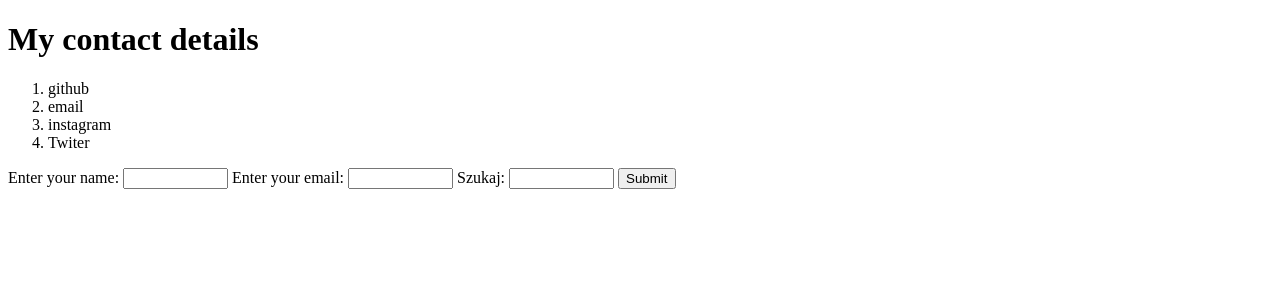
Repository: ew-code/Web-Development
Page: HTML - Personal Site/contact.html
An editor plug-in stored every save of this project. The page is shown before and after a run of saves, followed by the edit.
The browser window is 1280 px wide. The pictures show the whole page.

Above is the page before, as saved 2021-01-04 22:57:13.

### HTML - Personal Site/contact.html
<!DOCTYPE html>
<html lang="en">

<head>
  <meta charset="UTF-8">
  <meta name="viewport" content="width=device-width, initial-scale=1.0">
  <meta http-equiv="X-UA-Compatible" content="ie=edge">
  <title>Contact me</title>
</head>

<body>
  <h1>My contact details</h1>
  <ol>
    <li>github</li>
    <li>email</li>
    <li>instagram</li>
    <li>Twiter</li>
  </ol>

  <form>
    <label for="name">Enter your name:</label>
    <input type="text" name="name" id="name" required minlength="4" maxlength="50" size="10">
    <label for="email">Enter your email:</label>
    <input type="email" name="email" id="email" required minlength="4" maxlength="50" size="10">
    <label for="Search">Szukaj:</label>
    <input type="text" name="search" id="search" required minlength="4" maxlength="50" size="10">
    <input type="submit">
  </form>

</body>

</html>

After the next 2 saves:
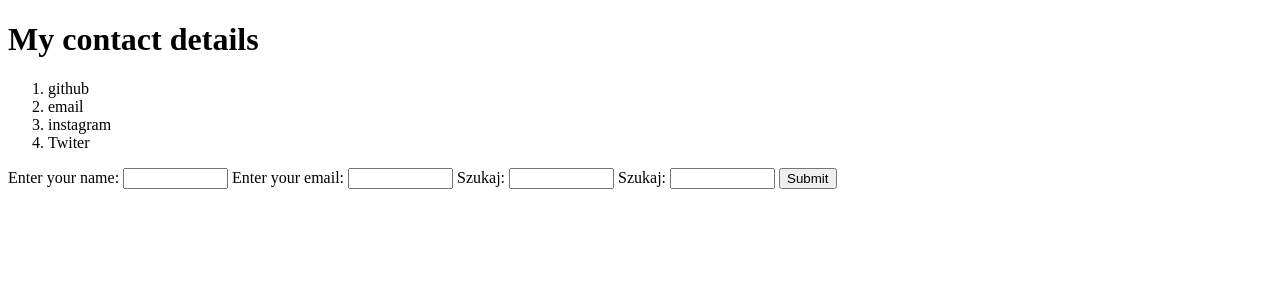
The 2 saves are shown as one change because they came seconds apart.
The last was saved 11 s later.
--- a/HTML - Personal Site/contact.html
+++ b/HTML - Personal Site/contact.html
@@ -24,6 +24,8 @@
     <input type="email" name="email" id="email" required minlength="4" maxlength="50" size="10">
     <label for="Search">Szukaj:</label>
     <input type="text" name="search" id="search" required minlength="4" maxlength="50" size="10">
+    <label for="Search">Szukaj:</label>
+    <input type="text" name="search" id="search" required minlength="4" maxlength="50" size="10">
     <input type="submit">
   </form>
 
